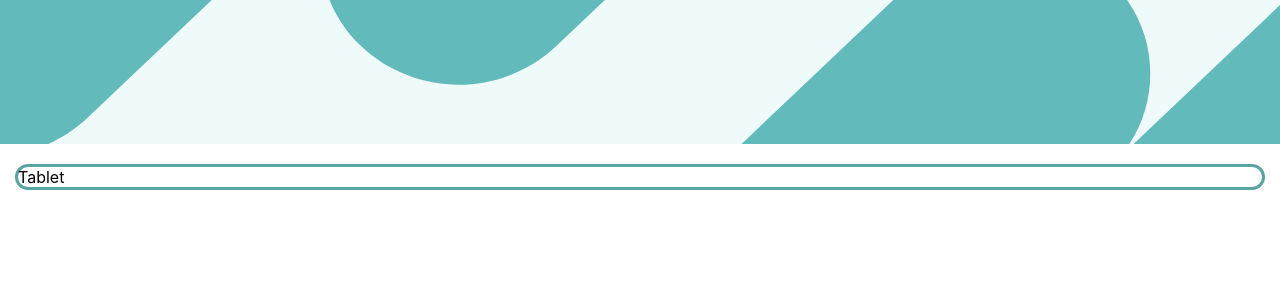
Repository: DevLaukey/job-listing
Page: /
The author's editor kept a copy of each file at every save. The page is drawn from the files as they stood at one save, then again after the next save.
The browser window is 1280 px wide. The pictures show the whole page.
The project was rebuilt for these pictures with package versions that can differ from the ones it lists, and the page was loaded fresh each time.

Above is the page before, as saved 2022-06-02 15:52:00.

### src/App.js
import "./App.css";
import Header from "./components/Header";
import Tablet from "./components/Tablet";

function App() {
  return (
    <div className="App">
      <Header />
      <div className="content">
        <Tablet />
      </div>
    </div>
  );
}

export default App;

### src/App.css
*{
  margin: 0;
  padding: 0;
  box-sizing: border-box;
}
.header{
  background-color: hsl(180, 29%, 50%)
;
}

### src/components/Header.js
import React from 'react'
import "./styles.css"

function Header() {
  return (
    <header className='header'></header>
  )
}

export default Header

### src/components/Tablet.js
import React from 'react'
import "./styles.css"
function Tablet() {
  return (
    <div className="tablet">Tablet</div>
  )
}

export default Tablet

### src/components/styles.css
.header{
background-image: url(../assets/bg-header-mobile.svg);
padding: 10vh;
background-color: hsl(180, 52%, 96%);
}
.tablet{
    border: 3px solid  hsl(180, 29%, 50%);
    border-radius: 15px;
    margin: 20px 15px 20px 15px;
}

/* media query */

@media screen and (min-width: 768px ){
  .header{
  background-image: url(../assets/bg-header-desktop.svg);
  }
}

Loaded but not shown: public/index.html (common file); src/index.js (common file); src/index.css (common file); src/reportWebVitals.js (common file)

After the next save:
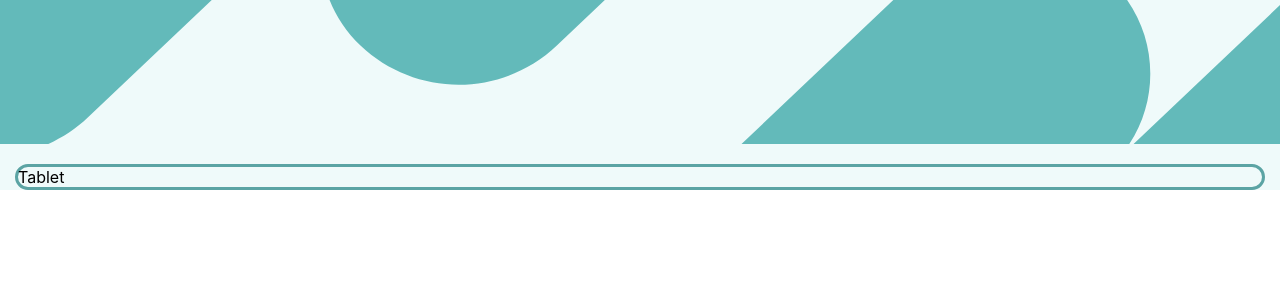
Saved 18 s later.
--- a/src/App.css
+++ b/src/App.css
@@ -3,7 +3,6 @@
   padding: 0;
   box-sizing: border-box;
 }
-.header{
-  background-color: hsl(180, 29%, 50%)
-;
+.App{
+  background-color: hsl(180, 52%, 96%);
 }
